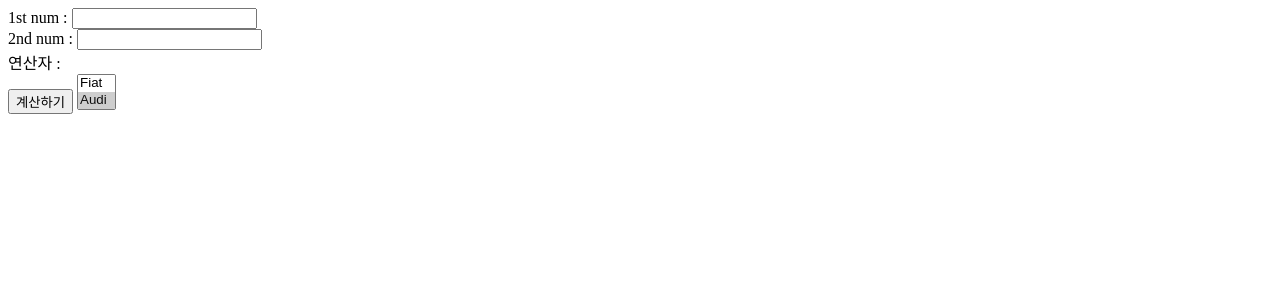
Repository: chuni90/bigdata
Page: http://localhost/tutorial_02/add_3.jsp
These files come from the project's save history. The page is drawn as it stood at one moment and after the next save; the edit follows.
The browser window is 1280 px wide. The pictures show the whole page.
The page is served by Tomcat 9.

Above is the page before, as saved 2019-09-23 07:50:11.

After the next save:
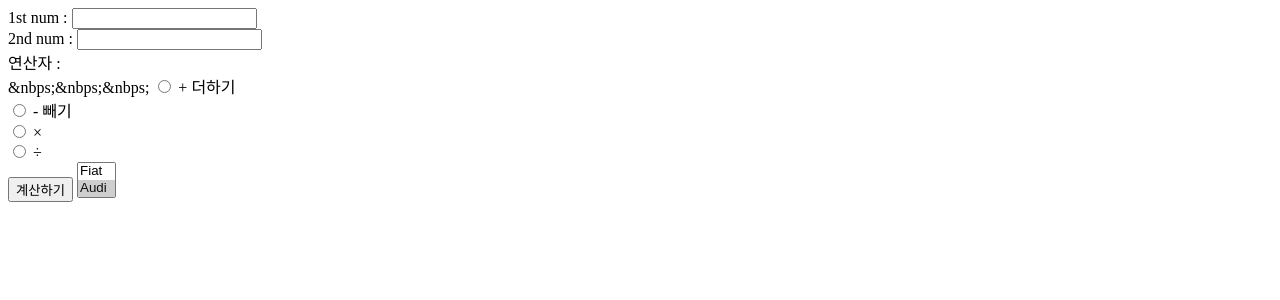
Saved 2 min 48 s later.
--- a/2. Java DB/Oracle/tutorial_02/WebContent/add_3.jsp
+++ b/2. Java DB/Oracle/tutorial_02/WebContent/add_3.jsp
@@ -13,6 +13,12 @@
 			1st num : <input name = "num1" type = "text"/><br>
 			2nd num : <input name = "num2" type = "text"/><br>
 			연산자 : <br>
+			&nbps;&nbps;&nbps;
+			<input type = "radio" name = "op" value = "+"> + 더하기<br>
+			<input type = "radio" name = "op" value = "-"> - 빼기<br>
+			<input type = "radio" name = "op" value = "*"> ×<br>
+			<input type = "radio" name = "op" value = "/"> ÷<br>
+
 			<input type = "submit" value = "계산하기"/>
 
 			<select name="cars" size="2" multiple>  <!-- size는 처음에 보여줄 개수 -->
